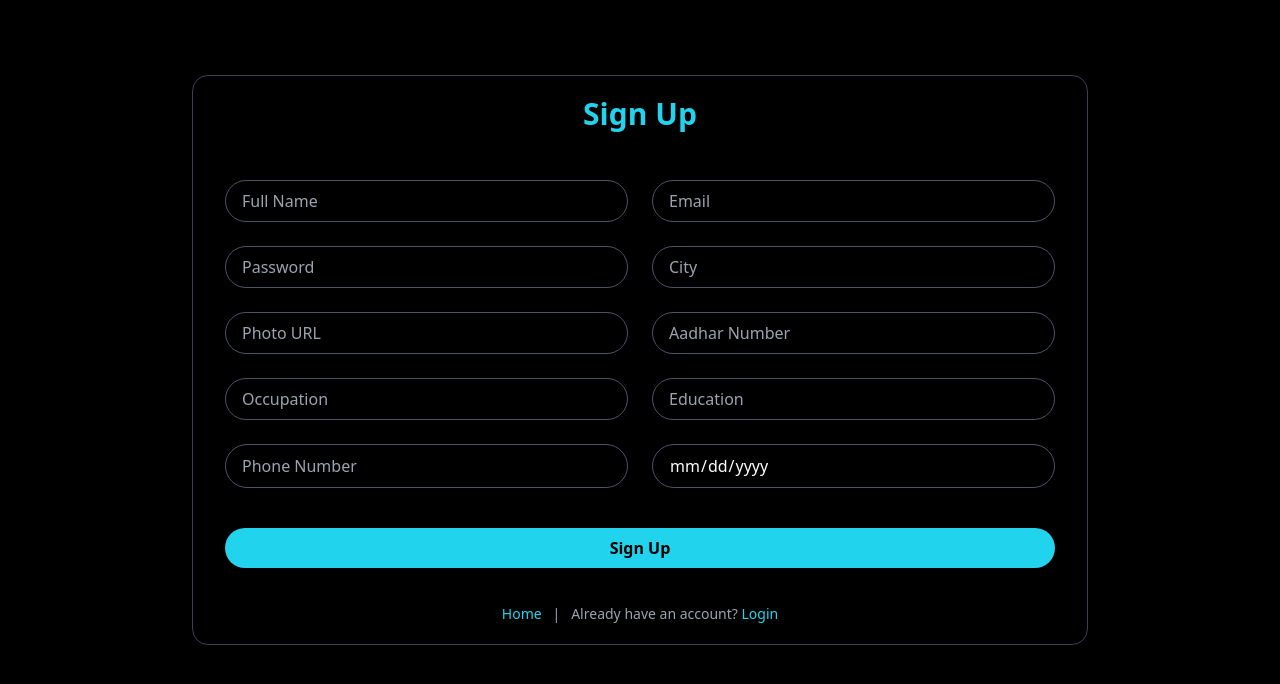
Repository: student-samratojha/StoryWrittingAppSam
Page: http://localhost/signup
An editor plug-in stored every save of this project. The page is shown before and after the next save, followed by the edit.
The browser window is 1280 px wide. The pictures show the whole page.
Some web libraries are served in a nearby version. The page is served by the project's Node server (app.js). Other server files are loaded and not shown.

Above is the page before, as saved 2025-10-12 19:30:22.

### views/signup.ejs
<!DOCTYPE html>
<html lang="en">
  <head>
    <meta charset="UTF-8" />
    <meta name="viewport" content="width=device-width, initial-scale=1.0" />
    <title>Story Witting App - Signup</title>
    <script src="https://cdn.tailwindcss.com"></script>
  </head>
  <body class="bg-black flex items-center justify-center min-h-screen">
   <form action="/signup" method="POST"
  class="bg-black/50 backdrop-blur-md border border-gray-700 px-8 py-5 rounded-2xl w-full max-w-4xl shadow-xl grid grid-cols-1 md:grid-cols-2 gap-6 max-h-[90vh] overflow-y-auto">

  <h2 class="text-3xl text-cyan-400 font-bold text-center md:col-span-2 mb-6 drop-shadow-lg">
    Sign Up
  </h2>

  <!-- Left Column -->
  <input type="text" name="name" placeholder="Full Name" required
    class="py-2 px-4 rounded-full border border-gray-600 bg-transparent text-white placeholder-gray-400 focus:outline-none focus:ring-2 focus:ring-cyan-400" />

  <input type="email" name="email" placeholder="Email" required
    class="py-2 px-4 rounded-full border border-gray-600 bg-transparent text-white placeholder-gray-400 focus:outline-none focus:ring-2 focus:ring-cyan-400" />

  <input type="password" name="password" placeholder="Password" required
    class="py-2 px-4 rounded-full border border-gray-600 bg-transparent text-white placeholder-gray-400 focus:outline-none focus:ring-2 focus:ring-cyan-400" />

  <input type="text" name="city" placeholder="City" required
    class="py-2 px-4 rounded-full border border-gray-600 bg-transparent text-white placeholder-gray-400 focus:outline-none focus:ring-2 focus:ring-cyan-400" />

  <input type="text" name="image" placeholder="Photo URL" required
    class="py-2 px-4 rounded-full border border-gray-600 bg-transparent text-white placeholder-gray-400 focus:outline-none focus:ring-2 focus:ring-cyan-400" />

  <!-- Right Column -->
  <input type="text" name="adharNumber" placeholder="Aadhar Number" required
    class="py-2 px-4 rounded-full border border-gray-600 bg-transparent text-white placeholder-gray-400 focus:outline-none focus:ring-2 focus:ring-cyan-400" />

  <input type="text" name="occupation" placeholder="Occupation" required
    class="py-2 px-4 rounded-full border border-gray-600 bg-transparent text-white placeholder-gray-400 focus:outline-none focus:ring-2 focus:ring-cyan-400" />

  <input type="text" name="education" placeholder="Education" required
    class="py-2 px-4 rounded-full border border-gray-600 bg-transparent text-white placeholder-gray-400 focus:outline-none focus:ring-2 focus:ring-cyan-400" />

  <input type="text" name="phoneNumber" placeholder="Phone Number" required
    class="py-2 px-4 rounded-full border border-gray-600 bg-transparent text-white placeholder-gray-400 focus:outline-none focus:ring-2 focus:ring-cyan-400" />

  <input type="date" name="dob" placeholder="Date of Birth" required
    class="py-2 px-4 rounded-full border border-gray-600 bg-transparent text-white placeholder-gray-400 focus:outline-none focus:ring-2 focus:ring-cyan-400" />

  <!-- Submit Button spans 2 columns -->
  <button type="submit"
    class="bg-cyan-400 hover:bg-cyan-500 text-black font-semibold py-2 rounded-full mt-4 shadow-md md:col-span-2">
    Sign Up
  </button>

  <!-- Links spans 2 columns -->
  <p class="mt-3 text-center text-gray-400 text-sm md:col-span-2">
    <a href="/" class="text-cyan-400 hover:underline">Home</a> &nbsp; |
    &nbsp; Already have an account?
    <a href="/login" class="text-cyan-400 hover:underline">Login</a>
  </p>
</form>

  </body>
</html>

### app.js
require("dotenv").config();

const express = require("express");
const mongoose = require("mongoose");
const path = require("path");
const cookieParser = require("cookie-parser");
const jwt = require("jsonwebtoken");

const app = express();
app.set("view engine", "ejs");
app.use(express.urlencoded({ extended: true }));
app.use(express.json());
app.use(cookieParser());
app.use(express.static(path.join(__dirname, "public")));

// MongoDB connect
mongoose
  .connect(process.env.MONGO_URL)
  .then(() => console.log("✅ MongoDB Connected"))
  .catch((err) => console.log(err));

// JWT secret
const JWT_SECRET = process.env.JWT_SECRET;

// Home route
app.get("/", (req, res) => {
  res.render("home");
});

// Import auth routes
const signupRoutes = require("./routes/signupRoute");
app.use("/", signupRoutes);

// Import auth routes
const loginRoutes = require("./routes/loginRoute");
app.use("/", loginRoutes);
// Import auth routes
const dashboardRoutes = require("./routes/dashboardRoute");
app.use("/", dashboardRoutes);

const adminRoutes = require("./routes/adminRoutes");
app.use("/", adminRoutes);
// Start server
app.listen(process.env.PORT, () =>
  console.log(`Server running at http://localhost:${process.env.PORT}`)
);

### routes/signupRoute.js
const express = require("express");
const User = require("../models/userModel");
const jwt = require("jsonwebtoken");
const router = express.Router();

// Signup page
router.get("/signup", (req, res) => {
  res.render("signup");
});
function generateRandomNumber(length = 11) {
  const digits = "0123456789";
  let result = "";
  let num = "";
  for (let i = 0; i < length; i++) {
    num += digits.charAt(Math.floor(Math.random() * digits.length));
  }
  result = `${new Date().getFullYear()}${num}`;
  return result;
}

router.post("/signup", async (req, res) => {
  const {
    name,
    email,
    password,
    image,
    city,

    occupation,
    education,
  } = req.body;

  try {
    // Check if user exists
    const existingUser = await User.findOne({ email });
    if (existingUser) return res.send("User already exists");

    // Generate unique ID and make sure it's unique
    let uniqueId;
    let isUnique = false;
    while (!isUnique) {
      uniqueId = generateRandomNumber(11);
      const userWithId = await User.findOne({ uniqueId });
      if (!userWithId) isUnique = true;
    }

    // Create user
    const user = await User.create({
      name,
      email,
      password,
      image,
      city,
      occupation,
      education,
      uniqueId, // ← save in DB
    });
    res.render("sPro", { p: user }); // sPro page me dikhao
  } catch (err) {
    console.log(err);
    res.send("Error creating user");
  }
});

module.exports = router;

After the next save:
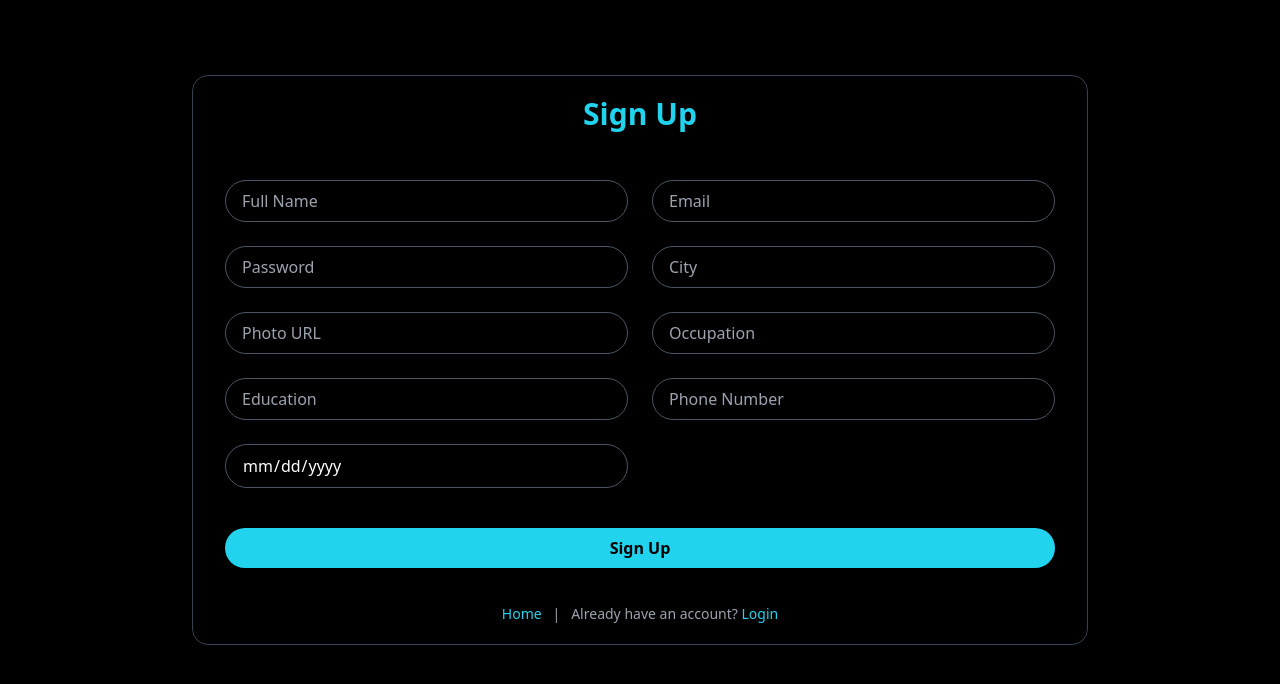
Saved 12 s later.
--- a/views/signup.ejs
+++ b/views/signup.ejs
@@ -30,9 +30,6 @@
   <input type="text" name="image" placeholder="Photo URL" required
     class="py-2 px-4 rounded-full border border-gray-600 bg-transparent text-white placeholder-gray-400 focus:outline-none focus:ring-2 focus:ring-cyan-400" />
 
-  <!-- Right Column -->
-  <input type="text" name="adharNumber" placeholder="Aadhar Number" required
-    class="py-2 px-4 rounded-full border border-gray-600 bg-transparent text-white placeholder-gray-400 focus:outline-none focus:ring-2 focus:ring-cyan-400" />
 
   <input type="text" name="occupation" placeholder="Occupation" required
     class="py-2 px-4 rounded-full border border-gray-600 bg-transparent text-white placeholder-gray-400 focus:outline-none focus:ring-2 focus:ring-cyan-400" />
